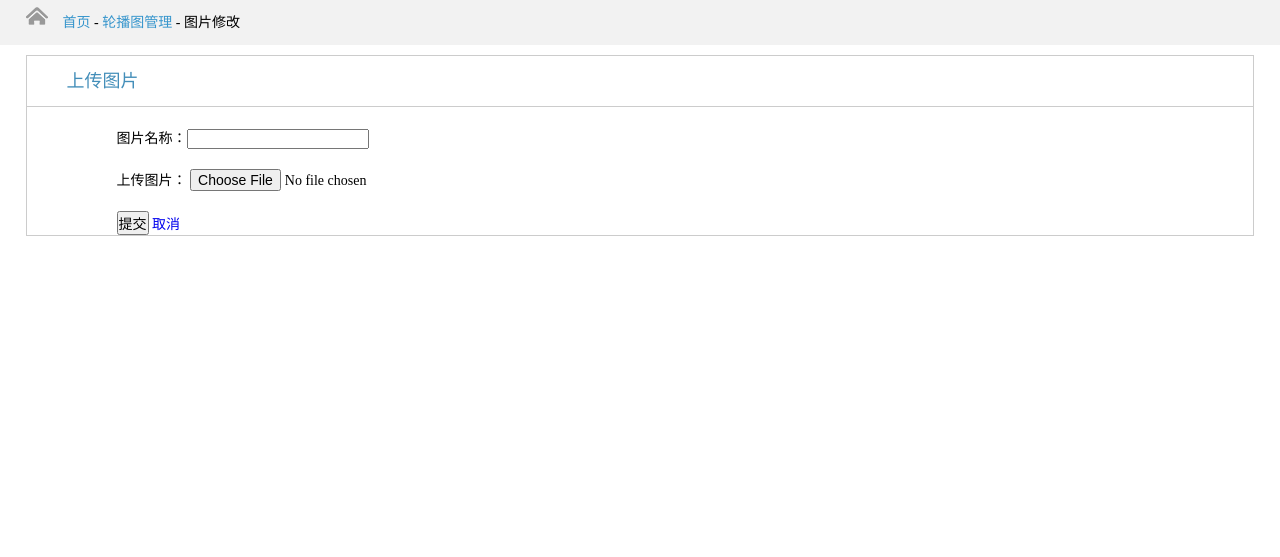
Repository: liaojingrui01/CarRepair
Page: http://localhost/CarWebPro/backstage/banneradd.jsp
These files come from the project's save history. The page is drawn as it stood at one moment and after the next save; the edit follows.
The browser window is 1280 px wide. The pictures show the whole page.
The page is served by Tomcat 9. Other server files are loaded and not shown.

Above is the page before, as saved 2019-07-01 03:23:16.

### CarWebPro/WebContent/backstage/banneradd.jsp
<%@ page language="java" contentType="text/html; charset=utf-8"
    pageEncoding="utf-8"%>
<!DOCTYPE html PUBLIC "-//W3C//DTD XHTML 1.0 Transitional//EN" "http://www.w3.org/TR/xhtml1/DTD/xhtml1-transitional.dtd">
<html xmlns="http://www.w3.org/1999/xhtml">
<head>
<meta http-equiv="Content-Type" content="text/html; charset=utf-8" />
<title>轮播图</title>
<link rel="stylesheet" type="text/css" href="./css/css.css" />
<script type="text/javascript" src="./js/jquery.min.js"></script>
</head>
<body>
	<div id="pageAll">
		<div class="pageTop">
			<div class="page">
				<img src="./img/coin02.png" /><span><a href="./#">首页</a>&nbsp;-&nbsp;<a
					href="./#">轮播图管理</a>&nbsp;-</span>&nbsp;图片修改
			</div>
		</div>
		<div class="page " >
			<!-- 上传广告页面样式 -->
			<div class="banneradd bor">
				<div class="baTop">
					<span>上传图片</span>
				</div>
				<form action="UpFileServlet?op=saveImg" method="post"  enctype="multipart/form-data" >
				<div class="baBody" >
					<div class="bbD">
						图片名称：<input type="text" name="bannerName">
					</div>
					<div class="bbD">
						上传图片：
						<input type="file" name="bannerImg">
						<!-- <div class="bbDd">
							<div class="bbDImg">+</div>
						</div> -->
					</div>
					<div class="bbD">

							<button type="submit" class="btn_ok btn_yes">提交</button>
							<a class="btn_ok btn_no" href="./#">取消</a>
						<p class="bbDP"></p>
					</div>
				</div>
				</form>
			</div>

			<!-- 上传广告页面样式end -->
		</div>
	</div>
</body>
</html>

### CarWebPro/WebContent/backstage/css/css.css
@charset "utf-8";

* {
	padding: 0;
	margin: 0;
	font-family: "Microsoft YaHei";
	font-size: 14px;
}
#hides{display: none;}
a {
	text-decoration: none;
}

li {
	list-style-type: none;
}

/*全局定义css*/
#pageAll {
	width: 100%;
	overflow: hidden;
}

#pageAll .page {
	width: 96%;
	margin: 0px auto;
}

.pageTop {
	width: 100%;
	height: 45px;
	line-height: 45px;
	background-color: #f2f2f2;
}

.pageTop span {
	margin-left: 15px;
}

.pageTop a {
	color: #3695cc;
}

/*表格和 分页公共CSS*/
table {
	border-collapse: collapse;
}

tr {

}

td {
	text-align: center;
	border: 1px solid #dcdbdb;
}

.tdColor {
	height: 40px;
	background-color: #f2f2f2;
	color: #438eb9;
}

.tdC {
	color: #333;
}

.paging {
	width: 100%;
	margin-top: 50px;
	margin-bottom: 90px;
	text-align: right;
}
/*表格和 分页公共CSS end*/

/*广告页面CSS*/
.banner {

}

.banner .add {
	width: 100%;
	height: 120px;
}

.addA {
	display: inline-block;
	width: 160px;
	height: 35px;
	background-color: #47a4e1;
	line-height: 35px;
	text-align: center;
	color: #fff;
	margin-top: 40px;
	margin-left: 40px;
	font-size: 16px;
}
.hbHides1{display: none;}
.banner .banShow {

}

.banner .banShow .bsImg {
	margin-top: 15px;
	margin-bottom: 15px;
	width: 185px;
	height: 90px;
	overflow: hidden;
	margin-left: 66px;
}

.banner .banShow .bsImg img {
	max-width: 100%;
	max-height: 100%;
}

.banner .banShow .bsA {
	color: #333;
}

.operation {
	margin-left: 5px;
	margin-right: 5px;
	cursor: pointer;
}

.banDel {
	width: 100%;
	height: 100%;
	background-color: rgba(0, 0, 0, 0.29);
	position: fixed;
	top: 0px;
	display: none;
}

.cutMoney {
	width: 100%;
	height: 100%;
	background-color: rgba(0, 0, 0, 0.29);
	position: fixed;
	top: 0px;
	display: none;
}

.delete {
	width: 460px;
	margin: auto;
	background-color: #fff;
	text-align: center;
	position: relative;
	top: 20%;
}

.delete .close {
	height: 30px;
	text-align: right;
}

.delete .close img {
	margin-right: 5px;
	margin-top: 5px;
	cursor: pointer;
}

.banDel .delete .delP1 {
	margin-top: 40px;
	font-size: 20px;
}

.banDel .delete .delP2 {

}

.banDel .delete .delP2 .ok {
	display: inline-block;
	width: 100px;
	height: 40px;
	line-height: 40px;
	background-color: #3695cc;
	color: #fff;
	margin-top: 65px;
	margin-left: 25px;
	margin-right: 25px;
	font-size: 16px;
	cursor: pointer;
	margin-bottom: 65px;
}

.banDel .delete .delP2 .yes {
	color: #333;
	background-color: #fff;
	border: 1px solid #3695cc;
}

.banDel .delete .delP2 .no {

}
/*广告页面CSS end*/

/*广告上传编辑页面CSS*/
.bor {
	border: 1px solid #ccc;
}

.banneradd {
	margin-bottom: 160px;
	margin-top: 10px;
}

.baTopNo {
	width: 100%;
	border: none;
}

.baTopNo span {
	height: 50px;
	line-height: 50px;
	margin-left: 40px;
	font-size: 18px;
	color: #438eb9;
}

.baTop {
	width: 100%;
	border-bottom: 1px solid #ccc;
}

.baTop span {
	height: 50px;
	line-height: 50px;
	margin-left: 40px;
	font-size: 18px;
	color: #438eb9;
}

.baBody {
	margin-top: 20px;
	margin-left: 90px;
}

.bbD {
	margin-top: 20px;
}

.bbD .bbDP {

}

.bbD .bbDP .btn_ok {
	display: inline-block;
	width: 100px;
	height: 40px;
	line-height: 40px;
	background-color: #3695cc;
	color: #fff;
	margin-top: 50px;
	margin-right: 25px;
	font-size: 16px;
	cursor: pointer;
	text-align: center;
	margin-bottom: 160px;
	border: none;
}

.bbD .bbDP .btn_no {
	color: #333;
	background-color: #fff;
	border: 1px solid #3695cc;
}

.bbD .bbDP .btn_yes {
	margin-left: 66px;
}

.bbD .bbDd {
	width: 280px;
	height: 210px;
}
.bbD .selCss{
	width: 300px;
    height: 40px;
    border: 1px solid #ccc;
    text-indent: 15px;
}

.bbD .input1 {
	width: 300px;
	height: 40px;
	border: 1px solid #ccc;
	text-indent: 15px;
}

.bbD .input2 {
	width: 100px;
	height: 40px;
	border: 1px solid #ccc;
}

.bbD .input3 {
	width: 240px;
	height: 40px;
	border: 1px solid #ccc;
	text-indent: 15px;
	margin-left: 10px;
}
.bbD .UPimgD{width: 155px;height: 175px;position: relative;left: 83px;top: -20px;}
.bbD .UPimgD img.img{width: 100%;}
.bbD .UPimgD .FileD{width: 155px;height: 175px;overflow: hidden;position: absolute;top: 0px;}
.bbD .UPimgD .FileD .addFile{width: 100%;height: 100%;opacity: 0;filter: Alpha(Opacity=0);}
.bbD .bbDImg {
	width: 160px;
	height: 180px;
	background-color: #c6c6c6;
	text-align: center;
	line-height: 180px;
	font-size: 55px;
	color: #fff;
	margin-left: 72px;
	margin-top: -16px;
}

.bbD .bbDImg .Img1 {
	width: 160px;
	height: 180px;
	margin-top: -180px;
}

.bbD .file {
	width: 160px;
	height: 180px;
	position: relative;
	top: -180px;
	left: 45px;
	opacity: 0;
	filter: alpha(opacity = 0);
}

.bbD .bbDDel {
	float: right;
	margin-top: -20px;
	color: #ff0000;
}

.bbD label {
	margin-left: 15px;
	margin-right: 15px;
}

/*广告上传编辑页面CSS*/

/*意见管理页面CSS*/
.opinion {

}

.opinion .opShow {
	margin-top: 40px;
	margin-bottom: 95px;
}
/*意见管理页面CSS end*/

/*行家管理页面CSS*/
.connoisseur {

}

.conShow {
	margin-top: 30px;
}

.onsImg {
	width: 75px;
	height: 75px;
	margin-top: 25px;
	margin-left: 46px;
	overflow: hidden;
	margin-bottom: 25px;
}

.onsImg img {
	max-width: 100%;
	max-height: 100%;
}

.cfD {
	margin-top: 15px;
}

.cfD select {
	width: 200px;
	height: 30px;
	border: 1px solid #ccc;
	margin-left: 15px;
	margin-right: 45px;
	color: #999;
	text-indent: 15px;
}

.cfD .bselect {
	width: 140px;
}

.cfD label {
	margin-left: 20px;
}

.cfD .lar {
	margin-right: 45px;
}

.cfD .addUser {
	width: 220px;
	height: 30px;
	border: 1px solid #ccc;
	text-indent: 15px;
}

.cfD .button {
	margin-left: 10px;
	width: 135px;
	height: 30px;
	border: none;
	font-size: 16px;
	color: #fff;
	background-color: #47a4e1;
}

.cfD .addA1 {
	margin-top: 10px;
	margin-left: 120px;
}
/*行家管理页面CSS end*/

/*会员管理页面CSS*/
.vip {

}

.cfD .vpr {
	margin-right: 45px;
}

.cfD .vinput {
	width: 150px;
	height: 30px;
	border: 1px solid #ccc;
	text-indent: 15px;
}

.cfD .addA2 {
	margin-left: 30px;
}

.onsImgv {
	margin-left: 90px;
	margin-top: 25px;
}

.vip .vipinput {
	width: 55px;
	height: 25px;
	border: 1px solid #ccc;
	margin: 0px 10px;
}

.vip .vsAdd {
	display: inline-block;
	width: 50px;
	height: 25px;
	background-color: #2a9cdd;
	line-height: 25px;
	color: #fff;
	cursor: pointer;
	text-align: center;
}

.vip .vsAdd2 {
	background-color: white;
	color: #2a9cdd;
	border: 1px solid #2a9cdd;
	height: 23px;
	line-height: 23px;
	margin-left: 10px;
}

.bbD .vipHead {
	width: 75px;
	height: 75px;
	overflow: hidden;
	margin-top: -15px;
	margin-left: 82px;
}

.bbD .vipHead img {
	max-width: 100%;
	max-height: 100%;
}

.bbD .vipHead .vipP {
	position: relative;
	top: -17px;
	width: 100%;
	height: 15px;
	background-color: rgba(0, 0, 0, 0.25);
	color: #fff;
	text-align: center;
}

.bbD .vipHead .file1 {
	position: relative;
	top: -32px;
	width: 100%;
	height: 15px;
	background-color: rgba(0, 0, 0, 0.25);
	color: #fff;
	text-align: center;
	opacity: 0;
	filter: alpha(opacity = 0);
}

.bbD .vipHead1 {
	width: 75px;
	height: 75px;
	overflow: hidden;
	margin-top: -15px;
	margin-left: 105px;
}
.bbD .ptH{height: 40px;}

.bbD .btext2 {
	margin-top: -15px;
	margin-left: 105px;
}

.bbD .text2 {
	max-width: 670px;
	min-width: 670px;
	max-height: 120px;
	min-height: 120px;
	color: #333;
	text-indent: 15px;
}

.bbD .btext {
	margin-top: -15px;
	margin-left: 82px;
}
.bbD .text5{width: 540px;height: 110px;}

.bbD .bsp2{
    position: relative;
    top: -90px;
}
.bbD .bewm{
	width: 240px;
    height: 240px;
    border: 3px solid #807e7e;
    position: relative;
    top: -10px;
    left: 85px;
}

.bbD .bewm img{
	max-width: 100%;
}

.bbD .btext .text1 {
	max-width: 670px;
	min-width: 670px;
	max-height: 240px;
	min-height: 240px;
	color: #333;
	text-indent: 15px;
}

/*会员管理页面CSS end*/
.cfD .timeInput {
	width: 170px;
	height: 30px;
	border: 1px solid #ccc;
	text-indent: 15px;
}

/*话题管理页面CSS*/
.topic {

}

.topicP {
	margin-top: -5px;
	margin-bottom: 15px;
}

.topic .topicP .topicImg {
	margin-left: 10px;
}
/*话题管理页面CSS end*/

/*心愿管理页面 、约见管理页面CSS*/
.wishShow {
	margin-top: 30px;
}

.wishShow .wishImgv {
	margin-left: 60px;
}

.onsInmA {
	margin-left: 100px;
}

.tpapA {
	color: #333;
}

#inputSTWish {
	width: 100px;
}
/*心愿管理页面CSS、、约见管理页面CSS end*/
.cfD .userinput {
	width: 220px;
	height: 40px;
	border: 1px solid #ccc;
	text-indent: 15px;
	color: #999;
}

.cfD .userbtn {
	margin-left: 60px;
	width: 135px;
	height: 40px;
	border: none;
	font-size: 16px;
	color: #fff;
	background-color: #47a4e1;
}

/*修改密码*/
.bacen {
	margin: auto;
	width: 400px;
	margin-top: 60px;
}

.imga {
	display: none;
}

.imgb {
	display: none;
}

/*新增加弹出框样式    增加金额和减少金额   hy*/
/*.addMoney{}
.addMoney .addDivs{}
.addMoney .addDivs .addDimg{}
.addMoney .addDivs .addDimg{}*/
.addDivs .addDimg img.user {
	width: 100px;
	margin-top: 50px;
}

.addDivs .addDName {
	font-size: 16px;
	margin-top: 15px;
	color: #333;
}

.addDivs .addDps {
	margin-top: 20px;
	color: #666;
}

.addDivs .addDps input {
	height: 30px;
	border: 1px solid #ccc;
	text-indent: 10px;
}

.addDivs .addDps .come1 {
	width: 155px;
	height: 30px;
	margin-left: -5px;
	border: 1px solid #ccc;
	text-indent: 10px;
	color: #666;
}

.addDivs .addDps .come2 {
	width: 155px;
	height: 30px;
	margin-left: -5px;
	border: 1px solid #ccc;
	text-indent: 10px;
	color: #666;
}

.addDivs .addDps .area {
	border: 1px solid #ccc;
	text-indent: 10px;
	margin-left: 4px;
	width: 155px;
	min-width: 155px;
	max-width: 155px;
	height: 60px;
	min-height: 60px;
	max-height: 60px;
}

.addDivs .addDps .spanVIPs {
	position: relative;
	top: -44px;
	left: 5px;
}

.banDel .delete .delP2 .moneyAdd1 {
	background-color: #3695cc;
	color: white;
}

.banDel .delete .delP2 .moneyAdd2 {
	background-color: white;
	color: #3695cc;
	border: 1px solid #3695cc;
	height: 38px;
	line-height: 40px;
}

/*新样式修复***添加话题*/
.addHTs {
	display: inline-block;
	width: 40px;
	height: 18px;
	line-height: 18px;
	background-color: #47a4e1;
	color: white;
	padding: 4px;
	position: relative;
	top: -5px;
}


/*11.25   新地址选择页面CSS   公共样式   hy*/
.ctAlert{display: none;width: 100%;height: 100%;position: fixed;top: 0px;background-color: rgba(0, 0, 0, 0.4);}
.citys{width: 90%;margin: 0px auto;background-color: white;  margin-top: 50px;padding-bottom: 20px;}
.citys .getCtys{min-height: 50px;padding-top: 50px;padding-left: 40px;float: left;font-size: 16px;  color: #666;  width: 80%;}
.citys .closeCys{min-height: 50px;float: right;width: 120px;height: 40px;background-color: #3695cc;line-height: 50px;text-align: center;position:relative;top: 50px;right: 100px;color: white;font-size: 16px;cursor: pointer;}
.citys .cityDiv{clear: both;width: 90%;margin: 0px auto;  margin-bottom: 30px;}
.citys .cityDiv .cts{display: inline-block;width: 20px;height: 20px;font-size: 18px;color: #3695cc;}
.citys .cityDiv .ctn{display: inline-block;font-size: 16px;padding-left: 5px;padding-right: 5px;padding-bottom: 3px;cursor: pointer;color: #666;}
.citys .cityDiv .ctn:hover{color: white;background-color:#3695cc;}
/*添加进来的DIV*/
.citys .getCtys .ctn{display: inline-block;padding-left: 5px;padding-right: 5px;color: #3695cc;font-size: 16px;cursor: pointer;}
/*11.25   新地址选择页面CSS   公共样式   hy    end  */

Loaded but not shown: CarWebPro/WebContent/backstage/js/jquery.min.js (library)

After the next save:
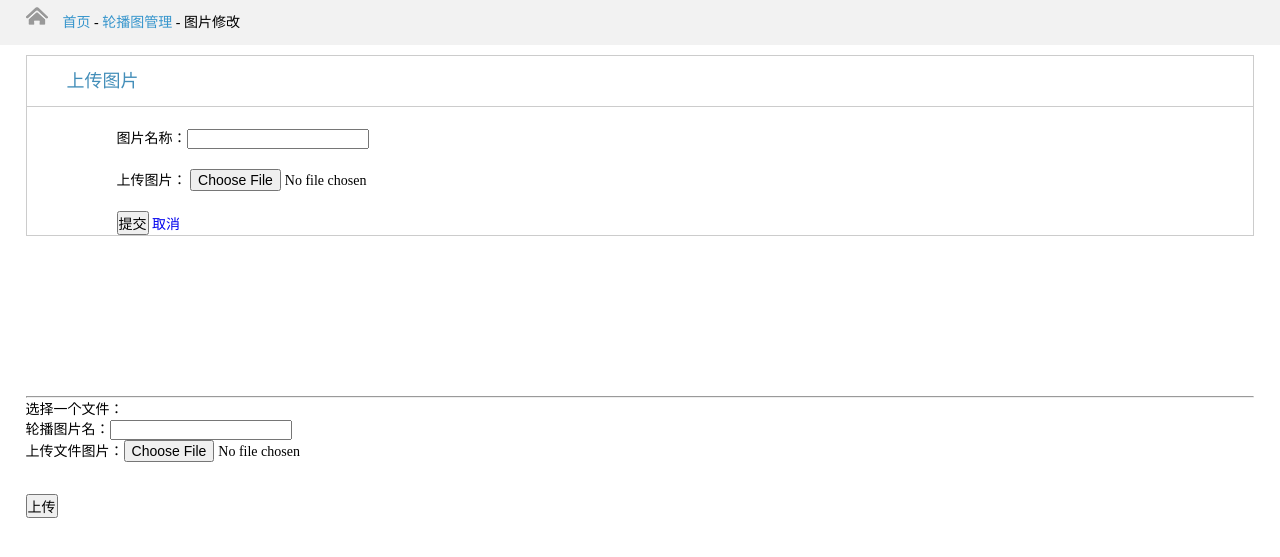
Saved 32 s later.
--- a/CarWebPro/WebContent/backstage/banneradd.jsp
+++ b/CarWebPro/WebContent/backstage/banneradd.jsp
@@ -44,6 +44,14 @@
 				</form>
 			</div>
 
+			<hr/>
+			<form method="post" action="UpFileServlet?op=saveImg" enctype="multipart/form-data">
+		选择一个文件：<br> 轮播图片名：<input type="text" name="bannerName"><br>
+		上传文件图片：<input type="file" name="bannerImg"><br>
+		<br><br>
+		<input type="submit" value="上传">
+	</form>
+
 			<!-- 上传广告页面样式end -->
 		</div>
 	</div>
